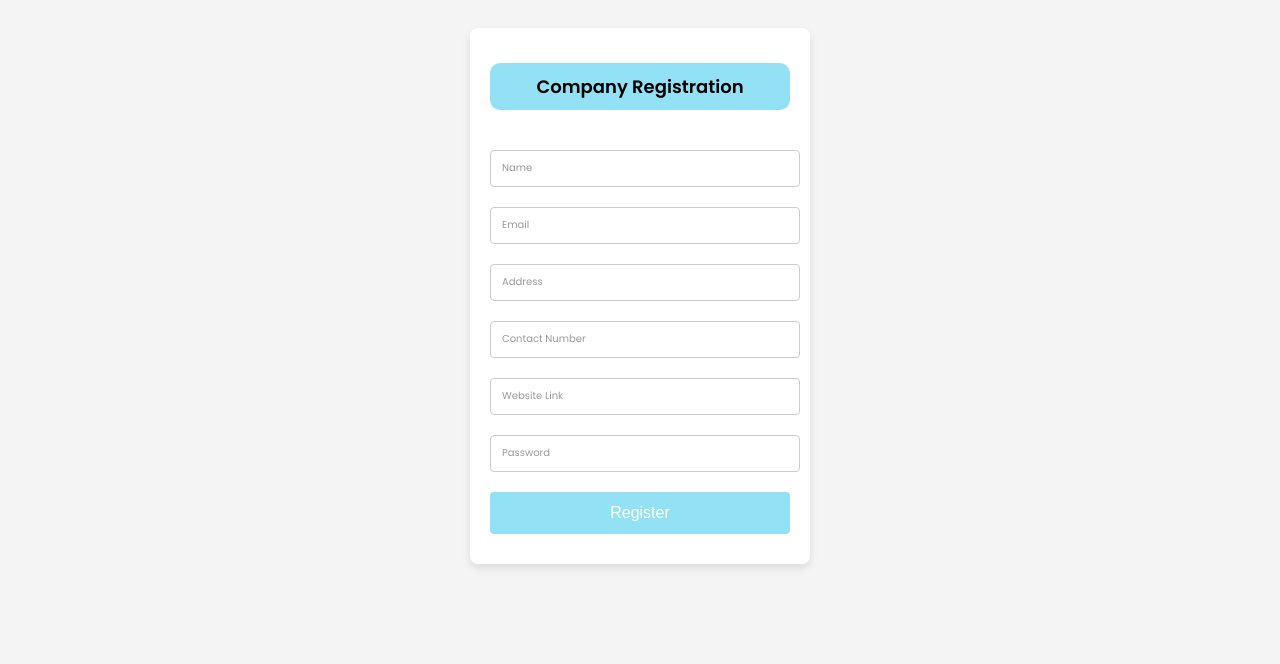
Repository: parthsabhani/Job_Portal_JSP_Servlet
Page: http://localhost/Job_Portal/companyRegistration.jsp
The author's editor kept a copy of each file at every save. The page is drawn from the files as they stood at one save, then again after the next save.
The browser window is 1280 px wide. The pictures show the whole page.
The page is served by Tomcat 10. Other server files are loaded and not shown.

Above is the page before, as saved 2025-04-22 08:55:07.

### Job_Portal/src/main/webapp/companyRegistration.jsp
<%@ page language="java" contentType="text/html; charset=UTF-8"
	pageEncoding="UTF-8"%>
<!DOCTYPE html>
<html lang="en">
<head>
<meta charset="UTF-8">
<meta name="viewport" content="width=device-width, initial-scale=1.0">
<title>Company Registration</title>

<!-- Import Poppins font -->
<link
	href="https://fonts.googleapis.com/css2?family=Poppins:wght@400;600&display=swap"
	rel="stylesheet">

<!-- Internal CSS -->
<style>
body {
	font-family: 'Poppins', sans-serif;
	background-color: #f4f4f4;
	display: flex;
	justify-content: center;
	align-items: center;
	height: 100%;
}

.registration-container {
	background-color: white;
	padding: 20px;
	margin: 20px;
	border-radius: 8px;
	box-shadow: 0 4px 8px rgba(0, 0, 0, 0.1);
	width: 100%;
	font-size: 12px;
	max-width: 300px;
}

h2 {
	text-align: center;
	background-color: #93e1f5;
	padding: 10px;
	border-radius: 10px;
	margin-bottom: 40px;
}

h2:hover{
	color: white;
}

form {
	display: flex;
	flex-direction: column;
}

.input-container {
	position: relative;
	margin-bottom: 20px;
}

input {
	padding: 12px 4px;
	margin: 0;
	border: 1px solid #ccc;
	border-radius: 4px;
	font-size: 10px;
	width: 100%;
	background-color: #fff; /* Keep the input background white */
	z-index: 1; /* Ensure the input stays behind the label */
}

input:focus {
	border-color: #4d90fe;
	outline: none;
}

/* Floating label */
input:focus+label, input:not(:placeholder-shown)+label {
	font-size: 10px;
	color: #4d90fe;
	top: -9px; /* Adjusted to align with the upper edge of the text */
}

label {
	position: absolute;
	top: 10px; /* Slightly adjusted to align with the text */
	left: 8px;
	font-size: 10px;
	transition: all 0.2s ease;
	color: #999;
	pointer-events: none;
	z-index: 2; /* Ensure the label stays above the input */
	background-color: #fff; /* To avoid background showing through */
	padding: 0 4px;
	/* Add some padding to avoid label overlapping input edges */
}

.submit-btn {
	background-color: #93e1f5;
	color: white;
	padding: 12px;
	border: none;
	border-radius: 4px;
	font-size: 16px;
	cursor: pointer;
}

.submit-btn:hover {
	background-color: #71d5f0;
	color: black;
}

.error {
	color: red;
	font-size: 10px;
	margin-bottom: 10px;
}
</style>
</head>
<body>

	<div class="registration-container">
		<h2>Company Registration</h2>
		<form action="" method="post" id="registrationForm">

			<!-- Full Name Field -->
			<div class="input-container">
				<input type="text" id="fullName" name="fullName" placeholder=" "
					required> <label for="fullName">Name</label>
			</div>

			<!-- Email Field -->
			<div class="input-container">
				<input type="email" id="email" name="email" placeholder=" " required>
				<label for="email">Email</label>
			</div>

			<!-- Address Field -->
			<div class="input-container">
				<input type="text" id="address" name="address" placeholder=" ">
				<label for="address">Address</label>
			</div>

			<!-- Phone Number Field -->
			<div class="input-container">
				<input type="tel" id="phone" name="phone" placeholder=" " required>
				<label for="phone">Contact Number</label>
			</div>

			<!-- Web site Field -->
			<div class="input-container">
				<input type="text" id="website" name="website" placeholder=" ">
				<label for="website">Website Link</label>
			</div>

			<!-- Password Field -->
			<div class="input-container">
				<input type="password" id="password" name="password" placeholder=" "
					required> <label for="password">Password</label>
			</div>

			<button type="submit" class="submit-btn">Register</button>

			<div id="errorMessages" class="error">
				<%
				// JSP Server-side Error Messages
				String errorMessages = (String) request.getAttribute("errorMessages");
				if (errorMessages != null) {
					out.print(errorMessages);
				}
				%>
			</div>
		</form>
	</div>

</body>
</html>

After the next save:
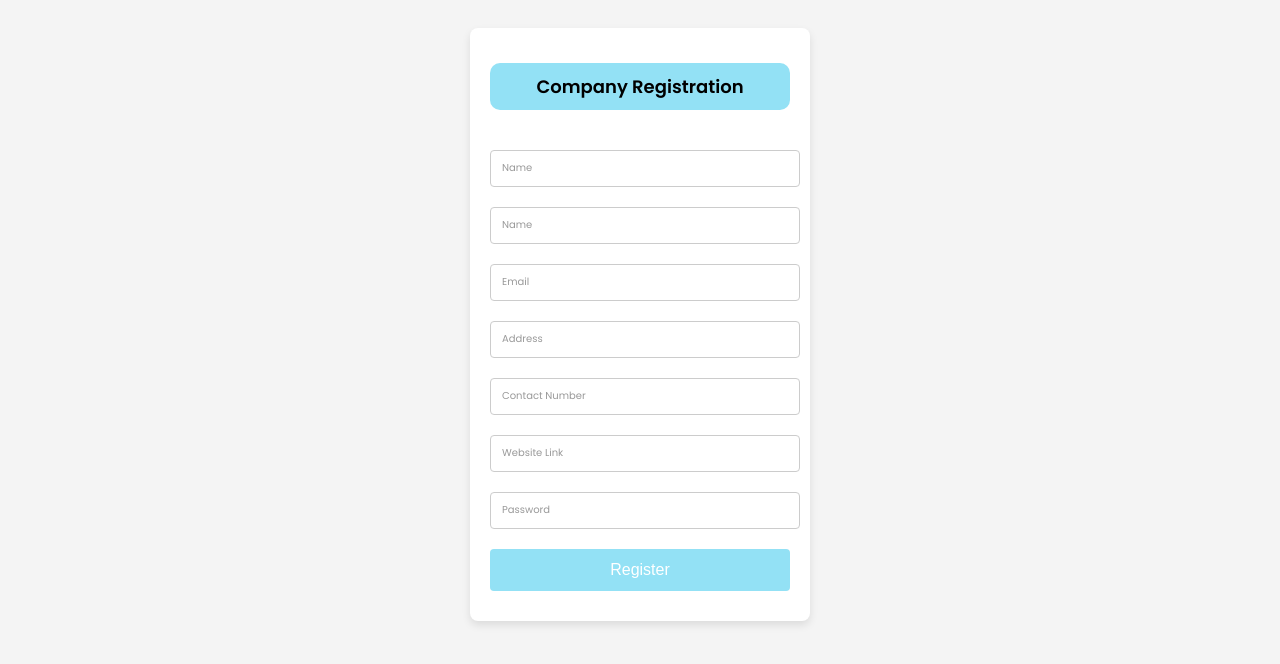
Saved 9 min 8 s later.
--- a/Job_Portal/src/main/webapp/companyRegistration.jsp
+++ b/Job_Portal/src/main/webapp/companyRegistration.jsp
@@ -127,6 +127,12 @@ label {
 					required> <label for="fullName">Name</label>
 			</div>
 
+			<!-- Full Name Field -->
+			<div class="input-container">
+				<input type="text" id="fullName" name="fullName" placeholder=" "
+					required> <label for="fullName">Name</label>
+			</div>
+
 			<!-- Email Field -->
 			<div class="input-container">
 				<input type="email" id="email" name="email" placeholder=" " required>
